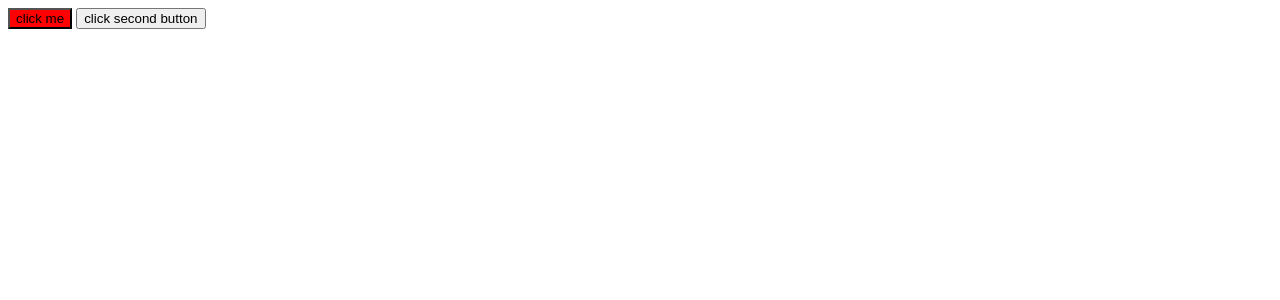
Repository: Samkiroko/Javascript-course
Page: 09-dom.html
An editor plug-in stored every save of this project. The page is shown before and after the next save, followed by the edit.
The browser window is 1280 px wide. The pictures show the whole page.

Above is the page before, as saved 2023-08-26 16:11:35.

### 09-dom.html
<!DOCTYPE html>
<html lang="en">
  <head>
    <meta charset="UTF-8" />
    <meta name="viewport" content="width=device-width, initial-scale=1.0" />
    <title>Dom</title>
  </head>
  <body>
    <button>hello</button>
    <button class="two">Second Button</button>
    <script>
      const button = (document.querySelector('button').innerHTML = 'click me');
      console.log(button);
      const button2 = (document.querySelector('.two').innerHTML =
        'click second button');

      const button3 = (document.querySelector('button').style.backgroundColor =
        'red');

      /*
      document.body.style.backgroundColor = 'aqua';
      document.title = 'good Job';
      console.log(document.body);

      document.body.innerHTML = 'Changed'; */
    </script>
  </body>
</html>

After the next save:
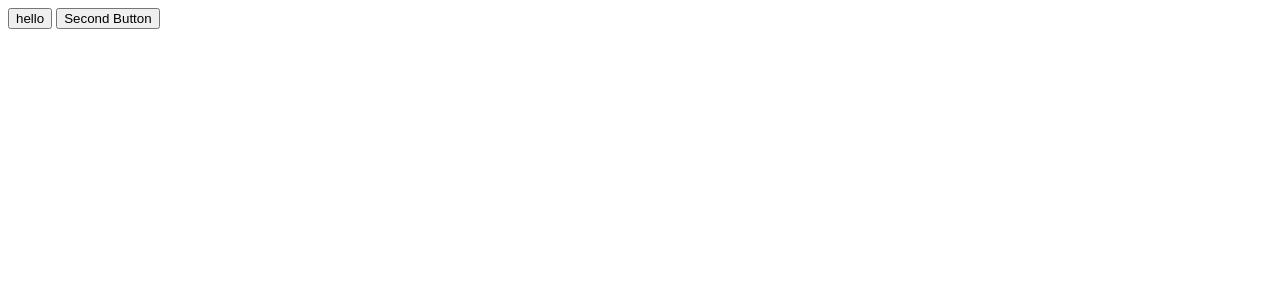
Saved 10 s later.
--- a/09-dom.html
+++ b/09-dom.html
@@ -8,21 +8,6 @@
   <body>
     <button>hello</button>
     <button class="two">Second Button</button>
-    <script>
-      const button = (document.querySelector('button').innerHTML = 'click me');
-      console.log(button);
-      const button2 = (document.querySelector('.two').innerHTML =
-        'click second button');
-
-      const button3 = (document.querySelector('button').style.backgroundColor =
-        'red');
-
-      /*
-      document.body.style.backgroundColor = 'aqua';
-      document.title = 'good Job';
-      console.log(document.body);
-
-      document.body.innerHTML = 'Changed'; */
-    </script>
+    <script></script>
   </body>
 </html>
